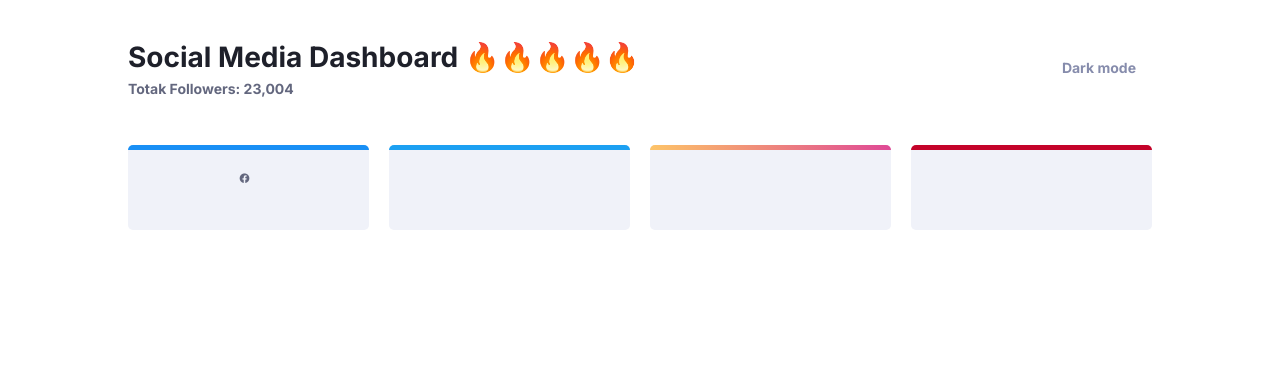
Repository: nptg3105/lab03-social-media-dashboard
Page: index.html
These files come from the project's save history. The page is drawn as it stood at one moment and after the next save; the edit follows.
The browser window is 1280 px wide. The pictures show the whole page.

Above is the page before, as saved 2021-12-12 10:24:54.

After the next save:
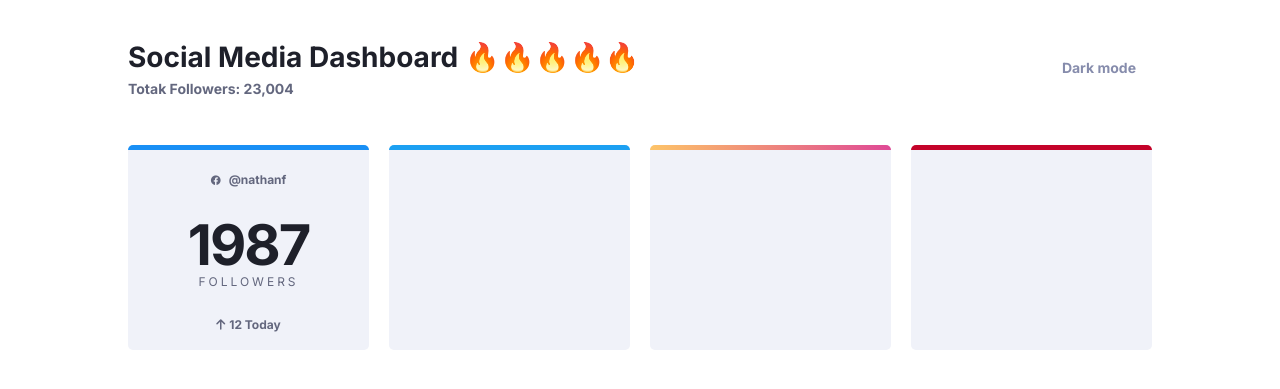
Saved 2 min 12 s later.
--- a/index.html
+++ b/index.html
@@ -35,13 +35,16 @@
           <div class="card card--facebook">
             <div class="card__flatform">
               <div class="card__icon"><i class="fab fa-facebook"></i></div>
-              <div class="card__username"></div>
+              <div class="card__username">@nathanf</div>
             </div>
             <div class="card__followers">
-              <div class="card__number"></div>
-              <div class="card__label"></div>
+              <div class="card__count">1987</div>
+              <div class="card__label">FOLLOWERS</div>
             </div>
-            <div class="card__change"></div>
+            <div class="card__change">
+              <i class="fas fa-arrow-up"></i>
+              <div class="card__number">12 Today</div>
+            </div>
           </div>
           <div class="card card--twitter">
             <div class="card__flatform">
@@ -49,7 +52,7 @@
               <div class="card__username"></div>
             </div>
             <div class="card__followers">
-              <div class="card__number"></div>
+              <div class="card__count"></div>
               <div class="card__label"></div>
             </div>
             <div class="card__change"></div>
@@ -60,7 +63,7 @@
               <div class="card__username"></div>
             </div>
             <div class="card__followers">
-              <div class="card__number"></div>
+              <div class="card__count"></div>
               <div class="card__label"></div>
             </div>
             <div class="card__change"></div>
@@ -71,7 +74,7 @@
               <div class="card__username"></div>
             </div>
             <div class="card__followers">
-              <div class="card__number"></div>
+              <div class="card__count"></div>
               <div class="card__label"></div>
             </div>
             <div class="card__change"></div>
